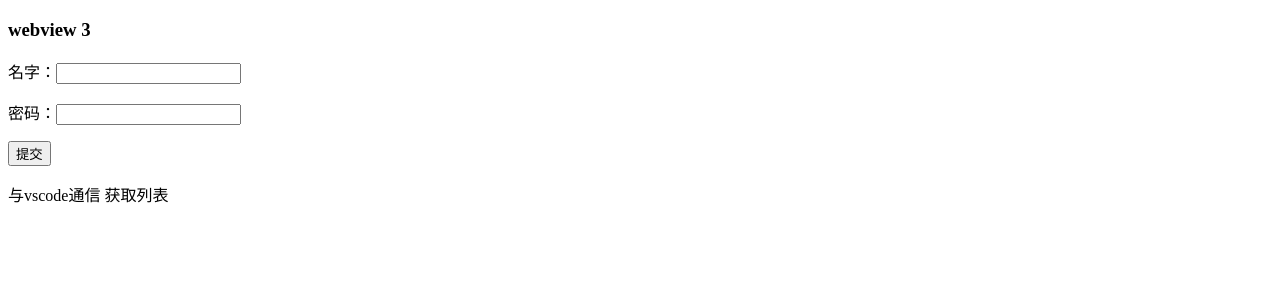
Repository: yangzz999/vscode_plugin
Page: src/view/webview3.html
An editor plug-in stored every save of this project. The page is shown before and after the next save, followed by the edit.
The browser window is 1280 px wide. The pictures show the whole page.

Above is the page before, as saved 2020-04-20 12:03:06.
Console error: ReferenceError: acquireVsCodeApi is not defined

### src/view/webview3.html
<!DOCTYPE html>
<html lang="en">
<head>
	<meta charset="UTF-8">
    <meta name="viewport" content="width=device-width, initial-scale=1.0">
    <style>
	</style>
	<script src="./asset/vue.js"></script>
	<script src="./asset/axios.js"></script>
	<link rel="stylesheet" href="./asset/element.css">
	<script src="./asset/element.js"></script>
	<!-- <link rel="stylesheet" href="https://unpkg.com/element-ui/lib/theme-chalk/index.css"> -->
</head>

<body>
    <div id="app" class="container-fluid">
		<h3 class="page-title" id="page-title">webview 3</h3>
			<div class="form-group">
				<form name="user" method="post">
					<p>  名字：<input v-model="userForm.name" type="text" >  </p>
					<p>  密码：<input v-model="userForm.password" type="password" >  </p>
					<p>
						<input type="button" @click="submitForm()" name="Button" value="提交"/>
					</p>
				</form>
				<el-button type="info" @click="openHint">与vscode通信</el-button>
				<el-button @click="getList" type="primary">获取列表</el-button>
				<el-select v-model="value" placeholder="请选择">
					<el-option
						v-for="item in options"
						:key="item.name"
						:label="item.name"
						:value="item.name">
					</el-option>
				</el-select>
			</div>
	</div>
</body>

</html>

<script>
	let data = {
		userForm:{
			name:'',
			password:''
		},
		options:[],
		value:'',
		msg:'Hello World!',
		testMode: false,
		vscode: acquireVsCodeApi(),
	}
	var vm = new Vue({
	    el:'#app',
	    data,
	    methods:{
			abc(){
				console.log(213)
			},
			openHint:function () {
				console.log('openHint')
				this.vscode.postMessage({
					command: 'openHint',
					text: msg
				})
			},
			getList() {
				let _this = this
				axios.get("http://localhost:3000/list/1",this.userForm).then(function (response) {
					console.log(response.data);
					// 将获取到的数据放到下拉列表中
					_this.options = response.data.list.rows;
                    }, function (err) { })
			},
	        submitForm:function(){
				console.log(this.userForm)
				let _this = this
	            axios.post("http://localhost:3000/submit",this.userForm).then(function (response) {
                        console.log(response.data);
                    }, function (err) { })
	        }
	    }
	});
</script>

Loaded but not shown: src/view/asset/vue.js (library); src/view/asset/axios.js (library); src/view/asset/element.css (library); src/view/asset/element.js (library)

After the next save:
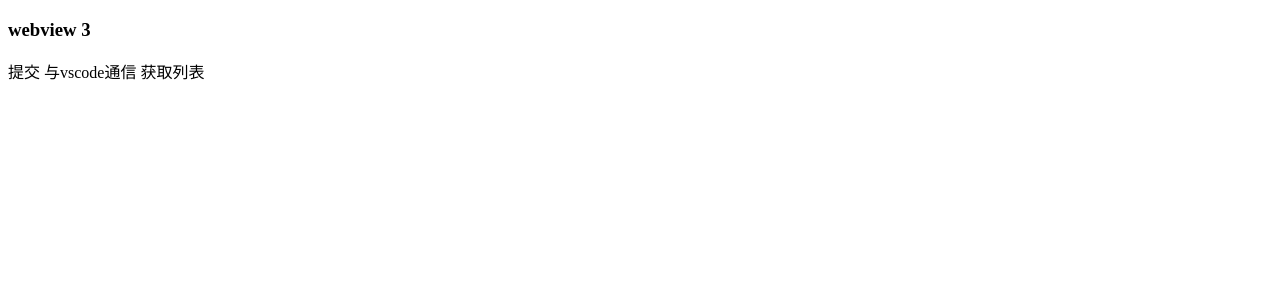
Saved 2 min 48 s later.
--- a/src/view/webview3.html
+++ b/src/view/webview3.html
@@ -16,13 +16,22 @@
     <div id="app" class="container-fluid">
 		<h3 class="page-title" id="page-title">webview 3</h3>
 			<div class="form-group">
-				<form name="user" method="post">
+				<!-- <form name="user" method="post">
 					<p>  名字：<input v-model="userForm.name" type="text" >  </p>
 					<p>  密码：<input v-model="userForm.password" type="password" >  </p>
 					<p>
 						<input type="button" @click="submitForm()" name="Button" value="提交"/>
 					</p>
-				</form>
+				</form> -->
+				<el-form :model="userForm" status-icon ref="ruleForm" label-width="100px" class="demo-ruleForm">
+					<el-form-item label="密码" prop="pass">
+					  <el-input type="password" v-model="ruleForm.pass" autocomplete="off"></el-input>
+					</el-form-item>
+					<el-form-item label="年龄" prop="age">
+					  <el-input v-model.number="ruleForm.age"></el-input>
+					</el-form-item>
+					<el-button type="primary" @click="submitForm()">提交</el-button>
+				</el-form>
 				<el-button type="info" @click="openHint">与vscode通信</el-button>
 				<el-button @click="getList" type="primary">获取列表</el-button>
 				<el-select v-model="value" placeholder="请选择">
